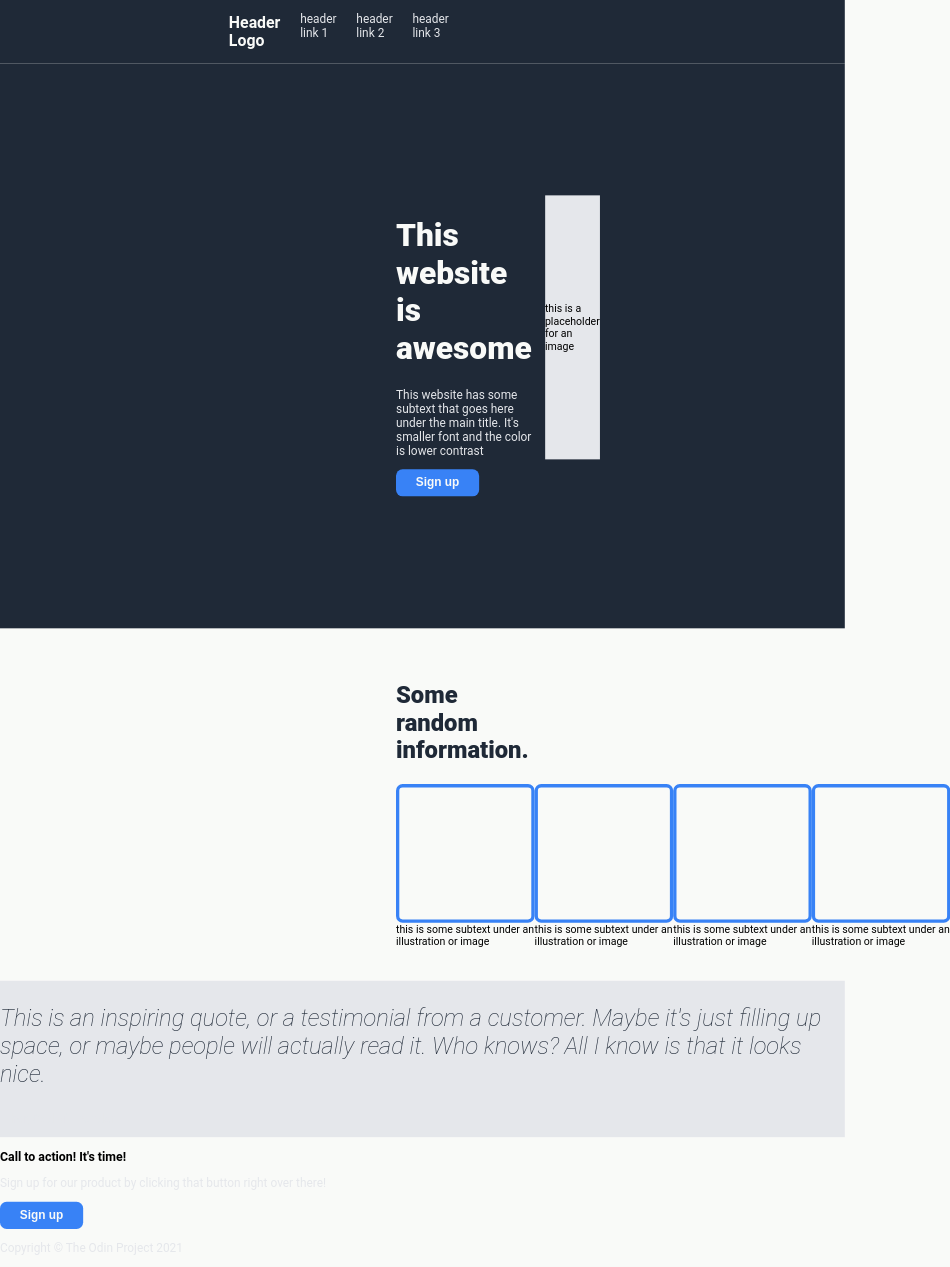
Repository: rsoetydev/landing-page
Page: index.html
An editor plug-in stored every save of this project. The page is shown before and after the next save, followed by the edit.
The browser window is 1280 px wide. The page is 1440 px wide, then 1280 px, then 1440 px, so the pictures cover 1440 px, including what lies to the right of the window. The pictures show the whole page, at 66% of full size.

Above is the page before, as saved 2023-11-28 10:24:20.

After the next save:
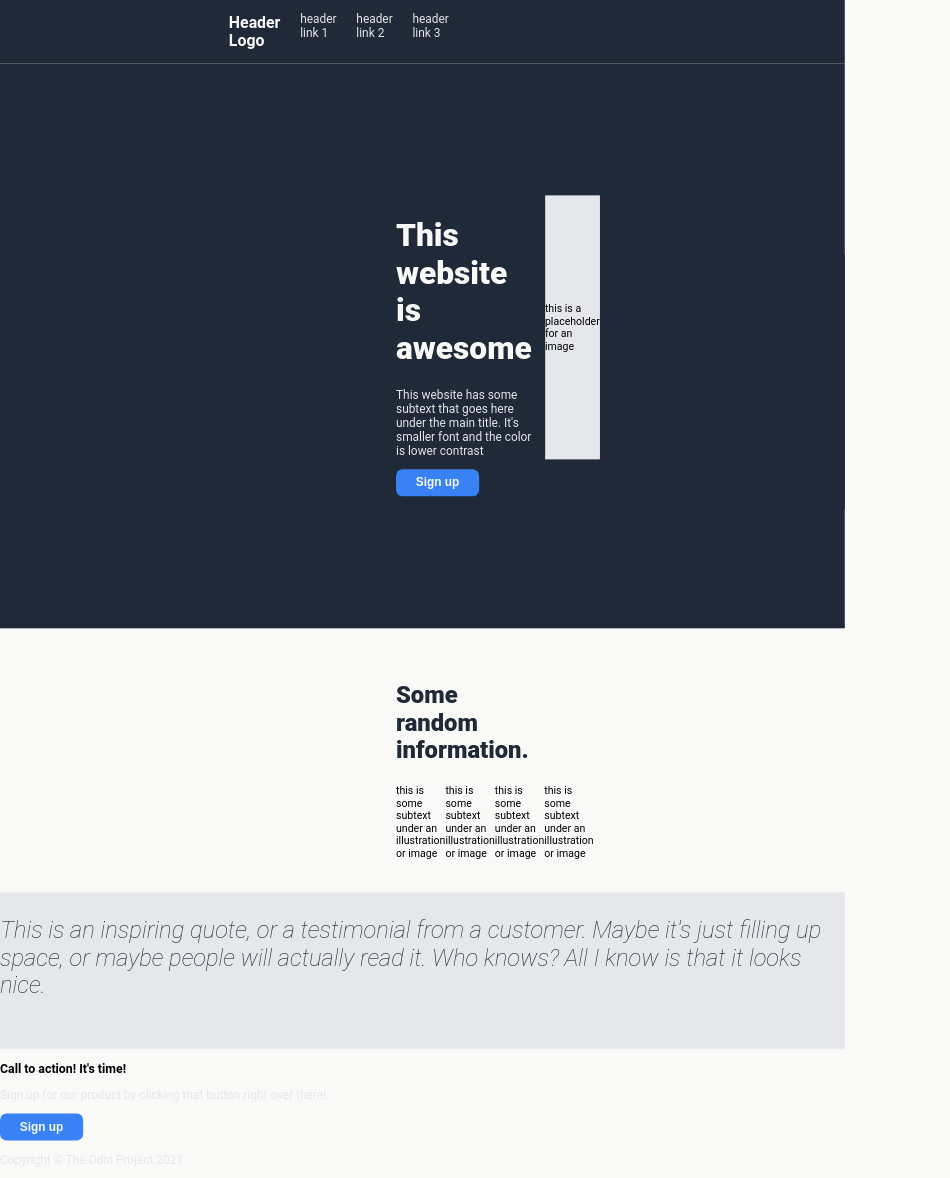
Saved 39 s later.
--- a/style.css
+++ b/style.css
@@ -103,12 +103,7 @@
 }
 
 .item-pic{
-    width:200px;
-    height:200px;
-    border-style: solid;
-    border-color: var(--blue);
-    border-radius: 10px;
-    border-width: 5px;
+   flex: 1;
 }
 
 .quote{

After the save that followed:
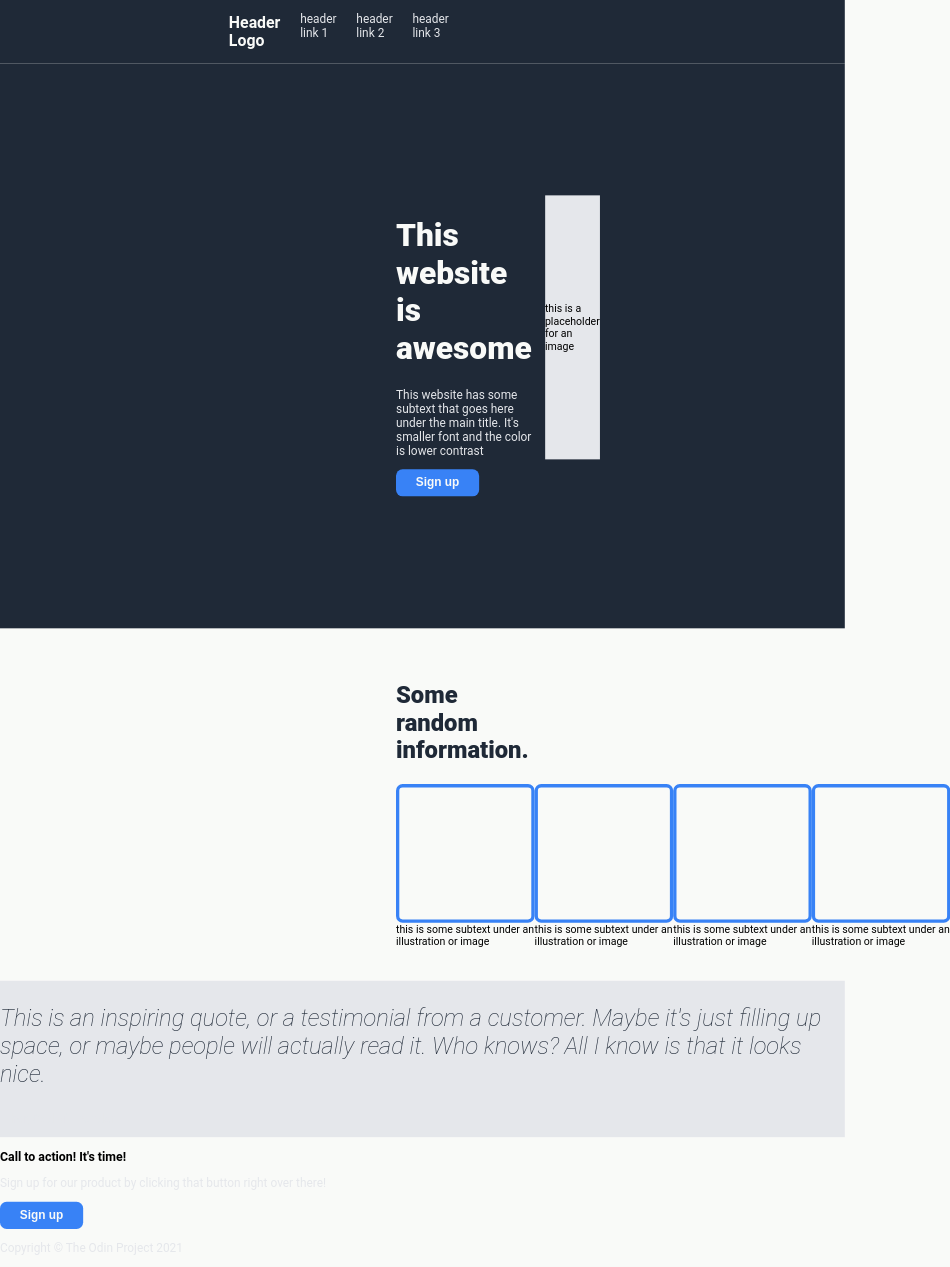
Saved 15 s later.
--- a/style.css
+++ b/style.css
@@ -103,7 +103,13 @@
 }
 
 .item-pic{
-   flex: 1;
+    width:200px;
+    height:200px;
+    flex: 1;
+    border-style: solid;
+    border-color: var(--blue);
+    border-radius: 10px;
+    border-width: 5px;
 }
 
 .quote{
